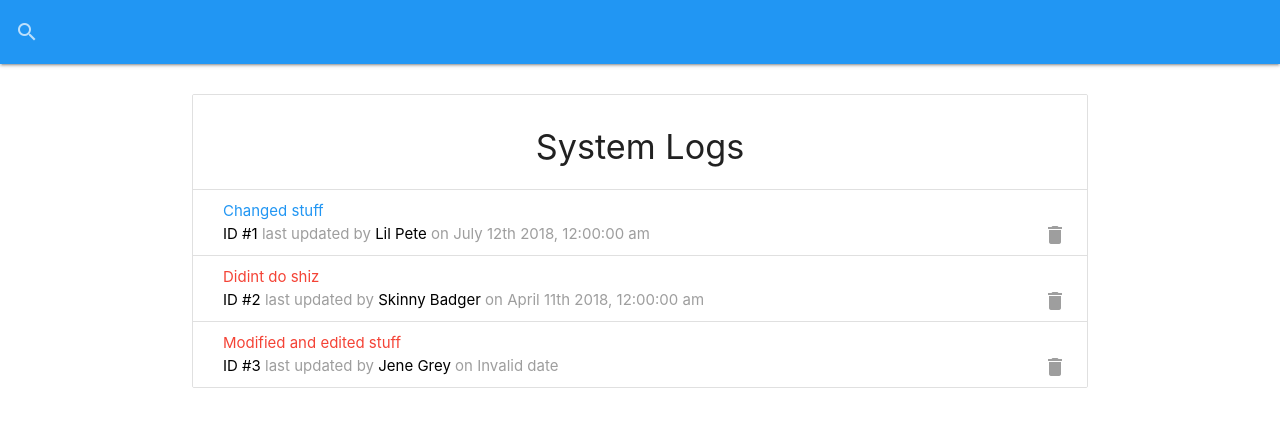
Repository: chinmayparab/log-keeper
Page: /
The author's editor kept a copy of each file at every save. The page is drawn from the files as they stood at one save, then again after the next save.
The browser window is 1280 px wide. The pictures show the whole page.
The project was rebuilt for these pictures with package versions that can differ from the ones it lists, and the page was loaded fresh each time. Requests to the local data server were answered from the project's data file. Also part of the build but not shown: src/App.css.

Above is the page before, as saved 2020-06-27 00:48:11.

After the next save:
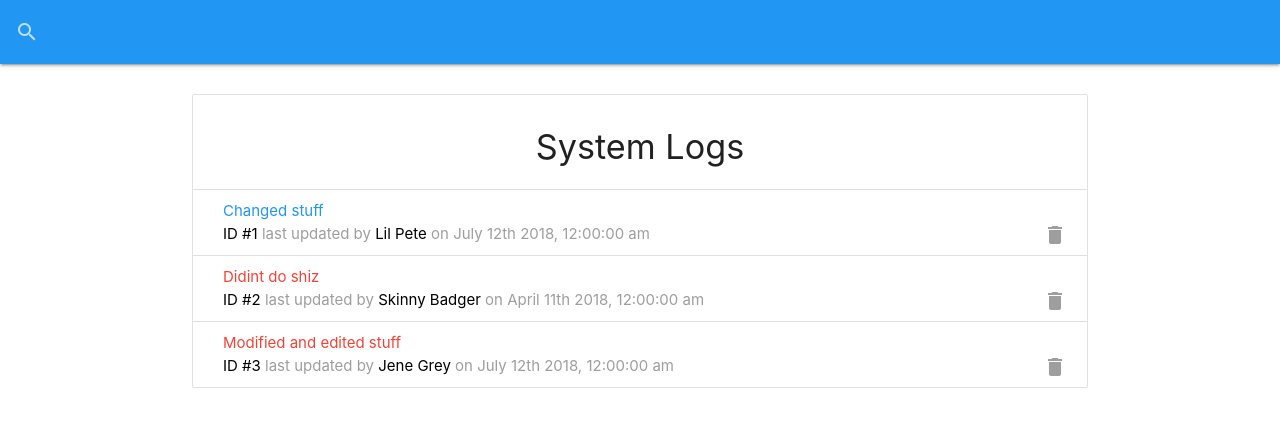
Saved 101 s later.
--- a/db.json
+++ b/db.json
@@ -18,7 +18,7 @@
       "id": 3,
       "message": "Modified and edited stuff",
       "attention": true,
-      "date": "27-12-2018",
+      "date": "7-12-2018",
       "tech": "Jene Grey"
     }
   ],
@@ -37,6 +37,16 @@
       "id": 3,
       "firstName": "Jene",
       "lastName": "Grey"
+    },
+    {
+      "firstName": "Bro",
+      "lastName": "Yo",
+      "id": 4
+    },
+    {
+      "firstName": "Mike",
+      "lastName": "Ehrmantraut",
+      "id": 5
     }
   ]
 }
